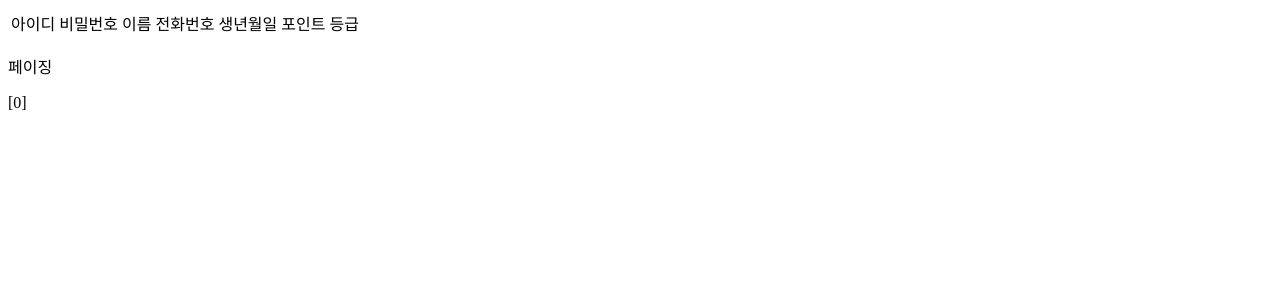
Repository: nobley3/EclipseIDE
Page: http://localhost/pageprj0911/list3.page
An editor plug-in stored every save of this project. The page is shown before and after the next save, followed by the edit.
The browser window is 1280 px wide. The pictures show the whole page.
The page is served by Tomcat 9. Queries for data that is not in the repository find no rows.

Above is the page before, as saved 2023-09-11 06:32:57.

After the next save:
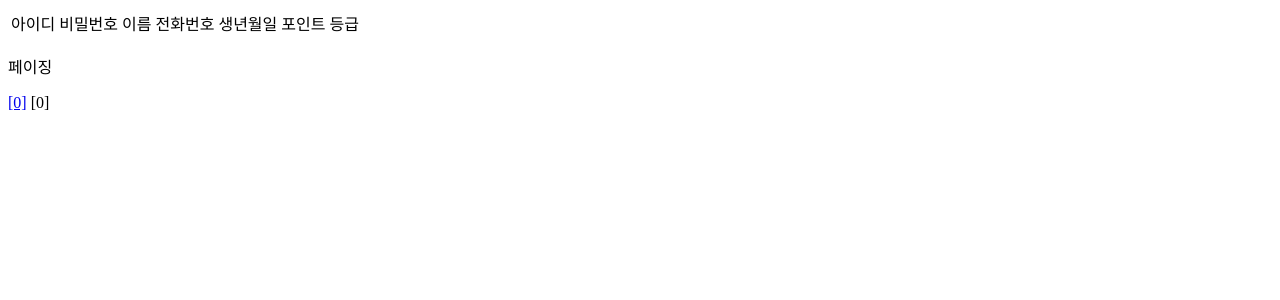
Saved 115 s later.
--- a/pageprj0911/src/main/webapp/WEB-INF/views/listPage3.jsp
+++ b/pageprj0911/src/main/webapp/WEB-INF/views/listPage3.jsp
@@ -45,14 +45,14 @@
 	</table>
 
 	<p>페이징</p>
-	<%int index = handler.getGrpStartPage();
+	<% int index = handler.getGrpStartPage();
 		while(index<=handler.getGrpEndPage()){
 			%>
+			<a href="/pageprj0911/list3.page?p=<%=index %>">[<%=index%>]</a>
 			[<%=index %>]
 			<%
 			index++;
 		}
-
 	%>
 
 
